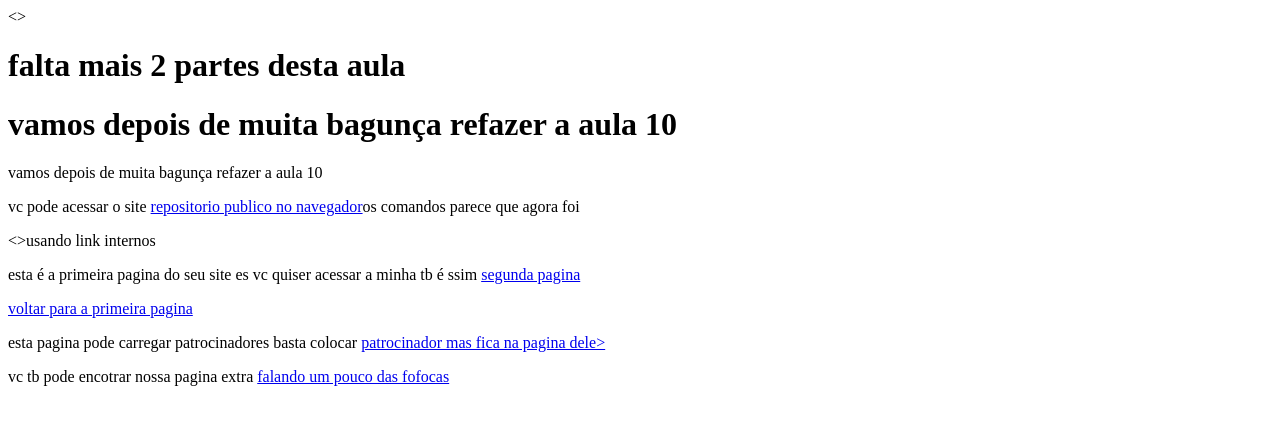
Repository: DorivalJunior14/exercicios
Page: aula10.html/pagoo2.html
These files come from the project's save history. The page is drawn as it stood at one moment and after the next save; the edit follows.
The browser window is 1280 px wide. The pictures show the whole page.

Above is the page before, as saved 2020-12-08 10:59:58.

### aula10.html/pagoo2.html
<!DOCTYPE html>
<html lang="pt-br">
  <head>
    <meta charset="utf-8">
    <title>pag002.html</title>
  </head>
  <>
    <h1>falta mais 2 partes desta aula</h1><!--que vai ser continuada aqui-->
  <h1>vamos depois de muita bagunça refazer a aula 10</h1>  vamos depois de muita bagunça refazer a aula 10
    <p>vc pode acessar o site <a href="https://www.facebook.com/junior.muccillo" target="_blank"rel="external">repositorio publico no navegador</a>os comandos parece que agora foi</p>
    <>usando link internos
  <p> esta é a primeira pagina do seu site es vc quiser acessar a minha tb é ssim <a href="pagoo2.html"rel="next">segunda pagina</a> </p>
  <p><a href="index.html" rel="prev">voltar para a primeira pagina</a></p>
  <p>esta pagina pode carregar patrocinadores basta colocar
    <a href="#"target="_blank"rel="nofollow">patrocinador mas fica na pagina dele></a>
  </p><!-- o patrocinador não fica vinculado ou direto na pagina dele, vc pode desconsiderar-->
  <p>vc tb pode encotrar nossa pagina extra <a href="noticias/pag003.html">falando um pouco das fofocas </a></p>
</body>
</html>

After the next save:
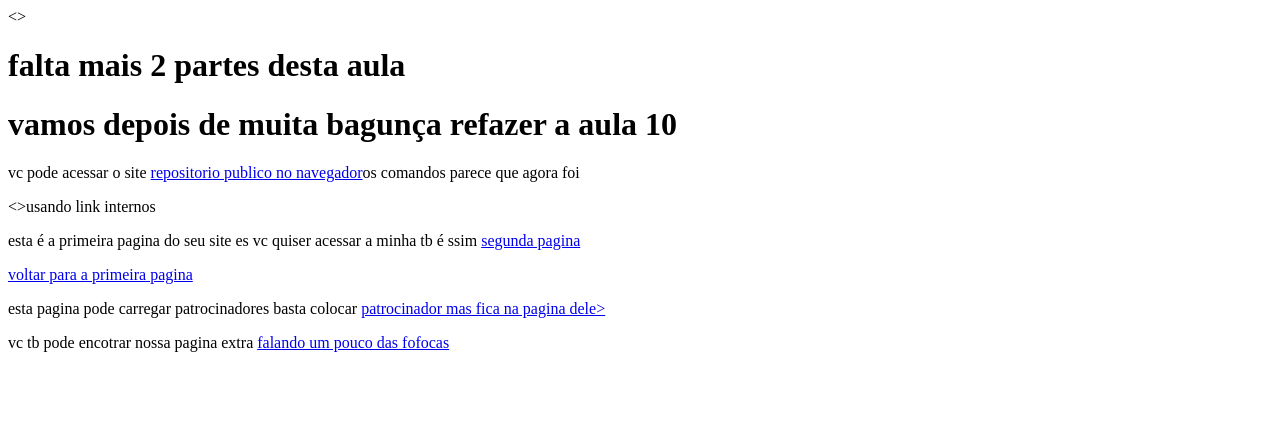
Saved 16 s later.
--- a/aula10.html/pagoo2.html
+++ b/aula10.html/pagoo2.html
@@ -6,7 +6,7 @@
   </head>
   <>
     <h1>falta mais 2 partes desta aula</h1><!--que vai ser continuada aqui-->
-  <h1>vamos depois de muita bagunça refazer a aula 10</h1>  vamos depois de muita bagunça refazer a aula 10
+  <h1>vamos depois de muita bagunça refazer a aula 10</h1>
     <p>vc pode acessar o site <a href="https://www.facebook.com/junior.muccillo" target="_blank"rel="external">repositorio publico no navegador</a>os comandos parece que agora foi</p>
     <>usando link internos
   <p> esta é a primeira pagina do seu site es vc quiser acessar a minha tb é ssim <a href="pagoo2.html"rel="next">segunda pagina</a> </p>
